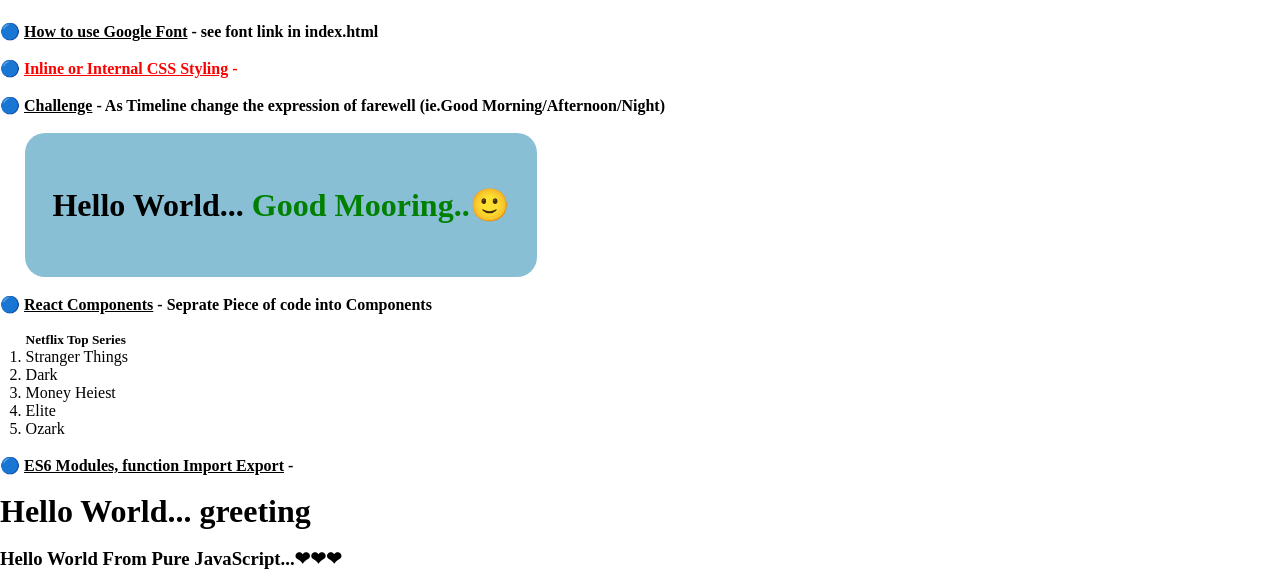
Repository: AalokJadhav/Being_ReactJS
Page: /
The author's editor kept a copy of each file at every save. The page is drawn from the files as they stood at one save, then again after the next save.
The browser window is 1280 px wide. The pictures show the part of the page from y = 620 to 1208 px (the page is 1190 px tall before and 1208 px after).
The project was rebuilt for these pictures with package versions that can differ from the ones it lists, and the page was loaded fresh each time.

Above is the page before, as saved 2021-10-15 23:47:34.

### public/index.html
<!DOCTYPE html>
<html lang="en">

<head>
  <meta charset="utf-8" />
  <link rel="icon" href="%PUBLIC_URL%/favicon.ico" />
  <meta name="viewport" content="width=device-width, initial-scale=1" />
  <meta name="theme-color" content="#000000" />
  <meta name="description" content="Web site created using create-react-app" />
  <link rel="apple-touch-icon" href="%PUBLIC_URL%/logo192.png" />
  <!--
      manifest.json provides metadata used when your web app is installed on a
      user's mobile device or desktop. See https://developers.google.com/web/fundamentals/web-app-manifest/
    -->
  <link rel="manifest" href="%PUBLIC_URL%/manifest.json" />
  <link rel="preconnect" href="https://fonts.googleapis.com">
  <link rel="preconnect" href="https://fonts.gstatic.com" crossorigin>
  <link href="https://fonts.googleapis.com/css2?family=Josefin+Slab:ital,wght@1,200&display=swap" rel="stylesheet">
  <!--
      Notice the use of %PUBLIC_URL% in the tags above.
      It will be replaced with the URL of the `public` folder during the build.
      Only files inside the `public` folder can be referenced from the HTML.

      Unlike "/favicon.ico" or "favicon.ico", "%PUBLIC_URL%/favicon.ico" will
      work correctly both with client-side routing and a non-root public URL.
      Learn how to configure a non-root public URL by running `npm run build`.
    -->
  <title>React App</title>
</head>

<body>
  <noscript>You need to enable JavaScript to run this app.</noscript>
  <div id="root"></div>
  <!--
      This HTML file is a template.
      If you open it directly in the browser, you will see an empty page.

      You can add webfonts, meta tags, or analytics to this file.
      The build step will place the bundled scripts into the <body> tag.

      To begin the development, run `npm start` or `yarn start`.
      To create a production bundle, use `npm run build` or `yarn build`.
    -->
</body>

</html>

### src/index.js
// var React = require ('react');
// var ReactDom = require ('react-dom');

import React from 'react';
import ReactDom from 'react-dom';
import './index.css';
import App from './App';

const fullDate = new Date();
const date = fullDate.toLocaleDateString();
const time = fullDate.toLocaleTimeString();

const CurrDate = new Date(2021, 14, 10, 9);
const hour = CurrDate.getHours();
let greeting = '';

const cssStyle = {}

if (hour >= 1 && hour < 12) {
  greeting = 'Good Mooring..🙂';
  cssStyle.color = 'green';
} else if (hour >= 12 && hour < 19) {
  greeting = 'Good Afternoon..🙄';
  cssStyle.color = 'orange';
} else {
  greeting = 'Good Night..😴';
}
const RandomImgUrl = 'https://picsum.photos/2000';
const RandomImgUrl1 = 'https://picsum.photos/900';
const RandomImgUrl2 = 'https://picsum.photos/800';
ReactDom.render(

  //Fragments in ReactJS - Use <> </>  or <React.Fragment></React.Fragment>
  <>

    <h1 className="heading">Being React</h1><br />
    <h3>Hello  World From ReactJS...✋</h3><br />

    <h4>🔵 <u>Display Current date and time in JSX</u> -</h4><br />
    <div className="content">
      <p>Current Date is {`${date}`} </p>
      <p>Current Time is {`${time} `} </p>
    </div>
    <br />

    <h4>🔵 <u>JSX Attributes for random image</u> -</h4><br />
    <div className="img_div">
      <img src={RandomImgUrl} alt='random image1' />
      <img src={RandomImgUrl1} alt='random image2' />
      <img src={RandomImgUrl2} alt='random image3' />
    </div>
    <br />

    <h4>🔵 <u>How to use Google Font</u> -  see font link in index.html </h4>
    <div className="content">

    </div>
    <br />

    <h4 style={{ color: 'red', fontFamily: 'serif' }}>🔵 <u>Inline or Internal CSS Styling</u> -</h4>
    <div className="content">

    </div>
    <br />

    <h4>🔵 <u>Challenge</u> - As Timeline change the expression of farewell (ie.Good Morning/Afternoon/Night)</h4><br />
    <div className="challenge1">
      <h1>Hello World...<span style={cssStyle}> {greeting}</span></h1>
    </div>
    <br />

    <h4>🔵 <u>React Components</u> - Seprate Piece of code into Components</h4><br />
    <App />
    <br />

    <h4>🔵 <u>ES6 Modules, function Import Export</u> - </h4><br />
    <div >
      <h1>Hello World... greeting</h1>
    </div>
    <br />
  </>,
  document.getElementById('root'));
<br />


// In Pure JavaScript
var h3 = document.createElement('h3');
h3.innerHTML = 'Hello  World From Pure JavaScript...❤❤❤';
document.getElementById('root').appendChild(h3);

### src/index.css
/* body {
  margin: 0;
  font-family: -apple-system, BlinkMacSystemFont, 'Segoe UI', 'Roboto', 'Oxygen',
    'Ubuntu', 'Cantarell', 'Fira Sans', 'Droid Sans', 'Helvetica Neue',
    sans-serif;
  -webkit-font-smoothing: antialiased;
  -moz-osx-font-smoothing: grayscale;
}

code {
  font-family: source-code-pro, Menlo, Monaco, Consolas, 'Courier New',
    monospace;
} */


*{margin: 0; padding: 0; box-sizing: border-box;};

.heading  h1{
  color: #fa9191;
  align-items: center;
  text-transform: capitalize;
  font-weight: bold;
  padding-left: 2%;
  font-family: 'Josefin Slab', serif;
}

.img_div img{
  width: 33%;
  height: 5%;
  margin: auto;
  padding-left: 2%;
}

.content {
  padding-left: 2%;
}

.challenge1 {
  background-color: rgb(137, 191, 212);
  width: 40%;
  height: 20vh;
  display: flex;
  justify-content: center;
  align-items: center;
  margin-top: -0px;
  margin-left: 25px;
  border-radius: 20px;
}

### src/App.js
import React from "react";
import Heading from "./Heading";
import List from "./List";

function App() {

    return (
        <>
        <Heading />
        <List/>
    </>
    );
}

export default App;

### src/Heading.jsx
import React from "react";

function  Heading() {
    return (
        <div className="content">
    <h5 style={{fontFamily: 'serif'}}>Netflix Top Series</h5>
    </div>
    )
}

export default Heading;

### src/List.jsx
import React from "react";

function List() {

    return (
        <div className="content">
             <ol>
    <li>Stranger Things</li>
    <li>Dark</li>
    <li>Money Heiest</li>
    <li>Elite</li>
    <li>Ozark</li>
  </ol>
        </div>
    )
}

export default List;

After the next save:
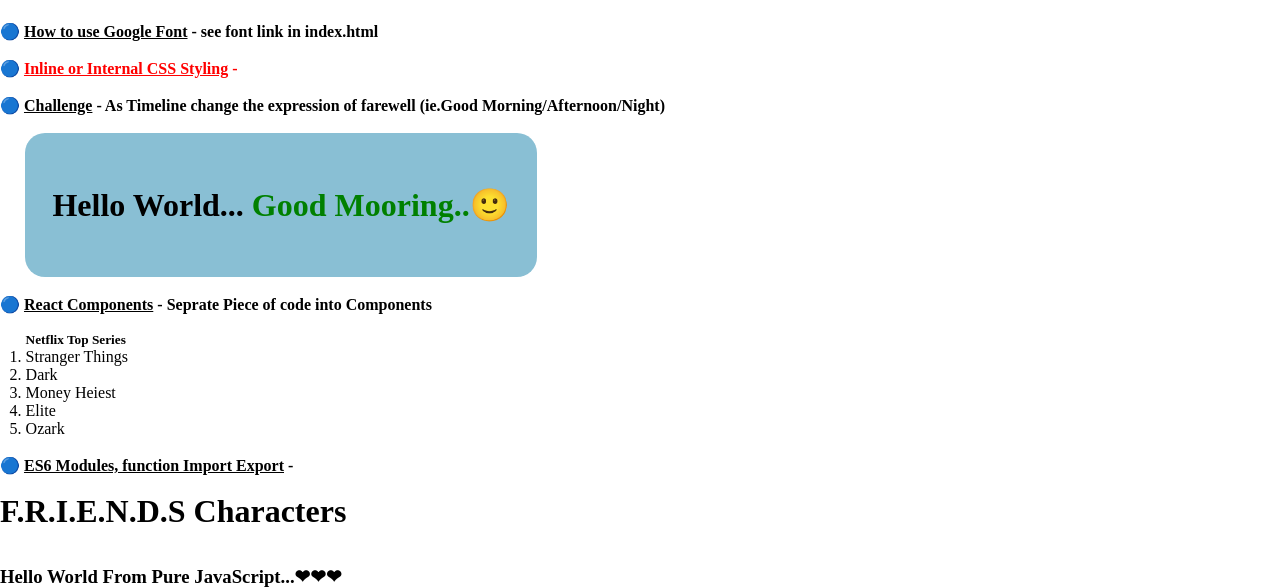
Saved 27 min 18 s later.
--- a/src/index.js
+++ b/src/index.js
@@ -5,6 +5,7 @@ import React from 'react';
 import ReactDom from 'react-dom';
 import './index.css';
 import App from './App';
+import Character from './App';
 
 const fullDate = new Date();
 const date = fullDate.toLocaleDateString();
@@ -75,7 +76,10 @@ ReactDom.render(
 
     <h4>🔵 <u>ES6 Modules, function Import Export</u> - </h4><br />
     <div >
-      <h1>Hello World... greeting</h1>
+      <h1>F.R.I.E.N.D.S Characters</h1>
+      <ol>
+        <li>{Character}</li>
+      </ol>
     </div>
     <br />
   </>,
